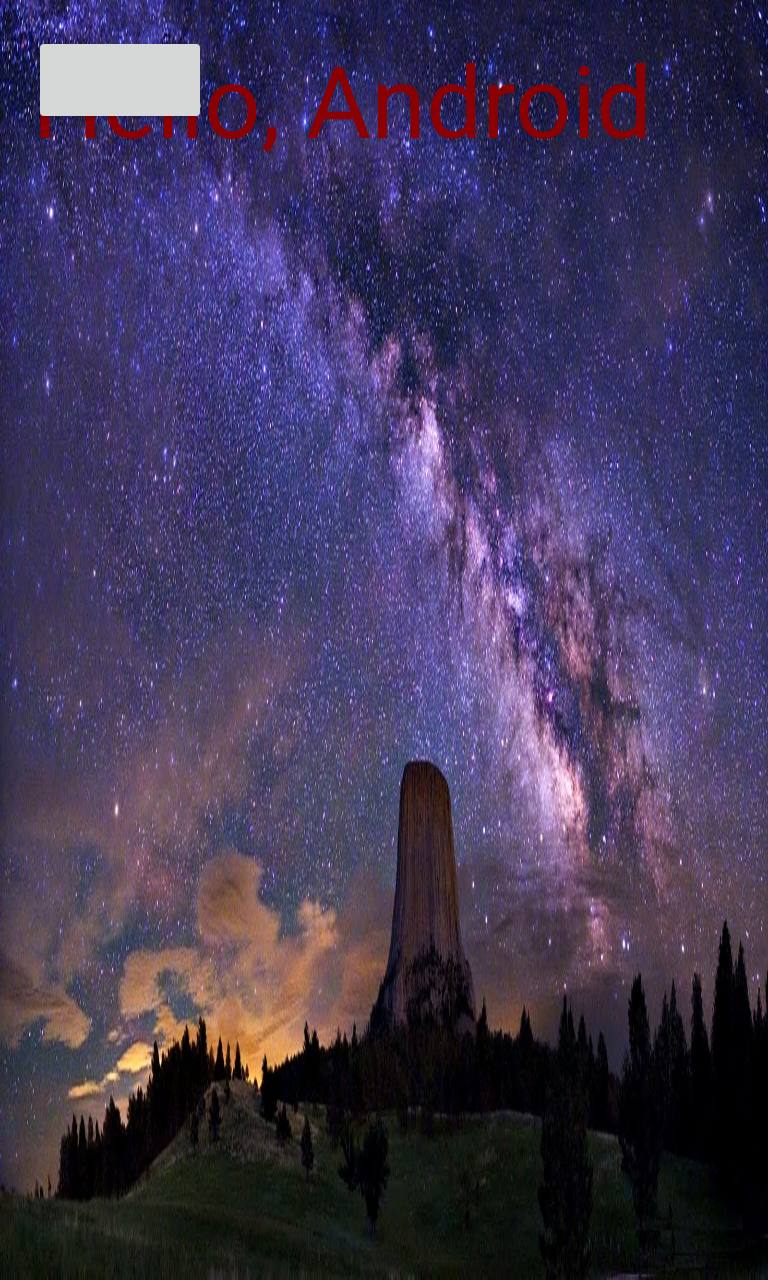
Repository: Rukshar/Native-App
Layout: HelloWorld/Hello10694676/res/layout/activity_main.xml
These files come from the project's save history. The layout is drawn as it stood at one moment and after the next save; the edit follows.
It is drawn on a 768 x 1280 px phone screen (xhdpi) without system bars, with theme AppTheme; the app's code is not run.

Above is the layout before, as saved 2014-11-03 22:06:17.

### HelloWorld/Hello10694676/res/layout/activity_main.xml
<RelativeLayout xmlns:android="http://schemas.android.com/apk/res/android"
    xmlns:tools="http://schemas.android.com/tools"
    android:layout_width="match_parent"
    android:layout_height="match_parent"
    android:paddingBottom="@dimen/activity_vertical_margin"
    android:paddingLeft="@dimen/activity_horizontal_margin"
    android:paddingRight="@dimen/activity_horizontal_margin"
    android:paddingTop="@dimen/activity_vertical_margin"
    android:background="@drawable/milkeyway"
    android:scaleType = "centerCrop"
    tools:context="nl.mprog.setup.hello10694676.MainActivity" >

    <TextView
        android:layout_width="wrap_content"
        android:layout_height="wrap_content"
        android:text="Hello, Android"
        android:textSize="50dp"
        android:textColor="#8B0000"
        android:gravity="center"/>

    <Button
        android:layout_width="wrap_content"
        android:layout_height="wrap_content"/>

</RelativeLayout>

Loaded but not shown: HelloWorld/Hello10694676/res/values/styles.xml (common file); HelloWorld/Hello10694676/res/values-v11/styles.xml (common file); HelloWorld/Hello10694676/res/values-v14/styles.xml (common file); HelloWorld/Hello10694676/res/values/dimens.xml (common file); HelloWorld/Hello10694676/res/values-w820dp/dimens.xml (common file)

After the next save:
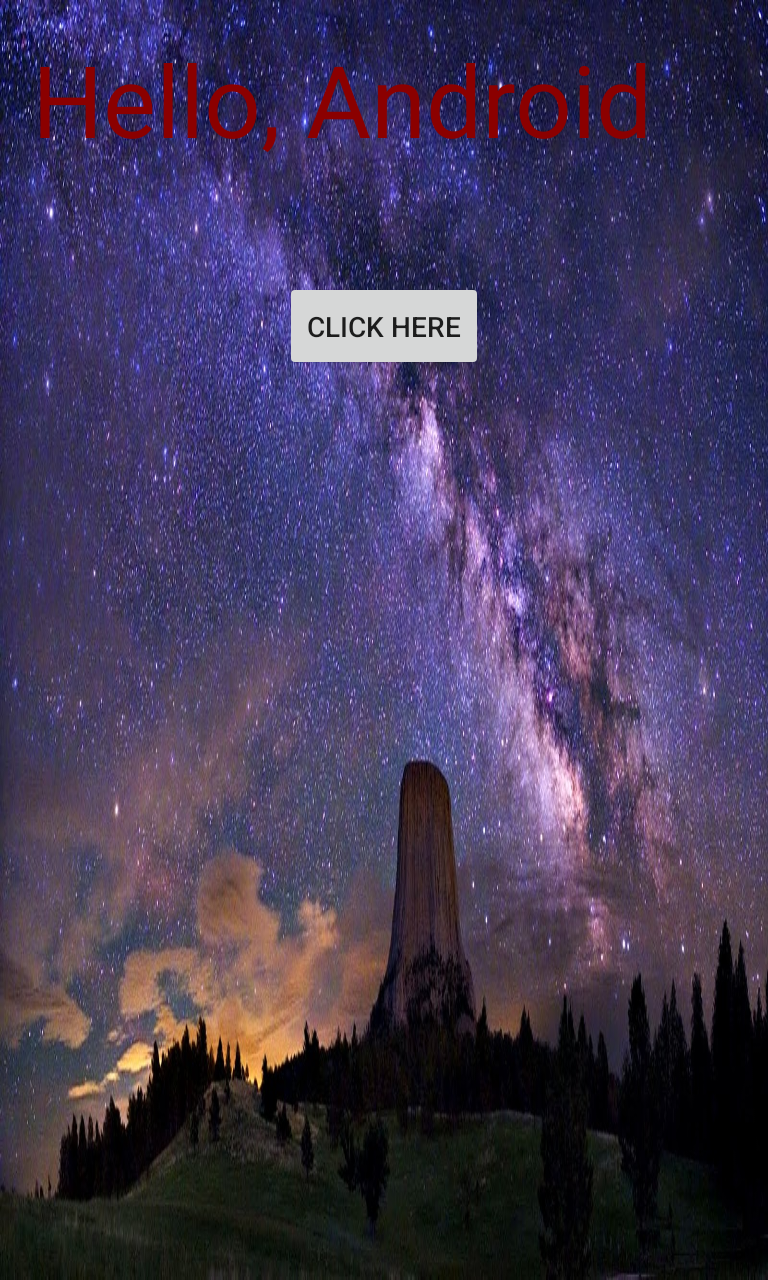
Saved 68 s later.
--- a/HelloWorld/Hello10694676/res/layout/activity_main.xml
+++ b/HelloWorld/Hello10694676/res/layout/activity_main.xml
@@ -2,24 +2,29 @@
     xmlns:tools="http://schemas.android.com/tools"
     android:layout_width="match_parent"
     android:layout_height="match_parent"
+    android:background="@drawable/milkeyway"
     android:paddingBottom="@dimen/activity_vertical_margin"
     android:paddingLeft="@dimen/activity_horizontal_margin"
     android:paddingRight="@dimen/activity_horizontal_margin"
     android:paddingTop="@dimen/activity_vertical_margin"
-    android:background="@drawable/milkeyway"
-    android:scaleType = "centerCrop"
+    android:scaleType="centerCrop"
     tools:context="nl.mprog.setup.hello10694676.MainActivity" >
 
     <TextView
+        android:id="@+id/textView1"
         android:layout_width="wrap_content"
         android:layout_height="wrap_content"
+        android:gravity="center"
         android:text="Hello, Android"
-        android:textSize="50dp"
         android:textColor="#8B0000"
-        android:gravity="center"/>
+        android:textSize="50dp" />
 
     <Button
         android:layout_width="wrap_content"
-        android:layout_height="wrap_content"/>
+        android:layout_height="wrap_content"
+        android:layout_below="@+id/textView1"
+        android:layout_centerHorizontal="true"
+        android:layout_marginTop="56dp"
+        android:text="click here"/>
 
 </RelativeLayout>
